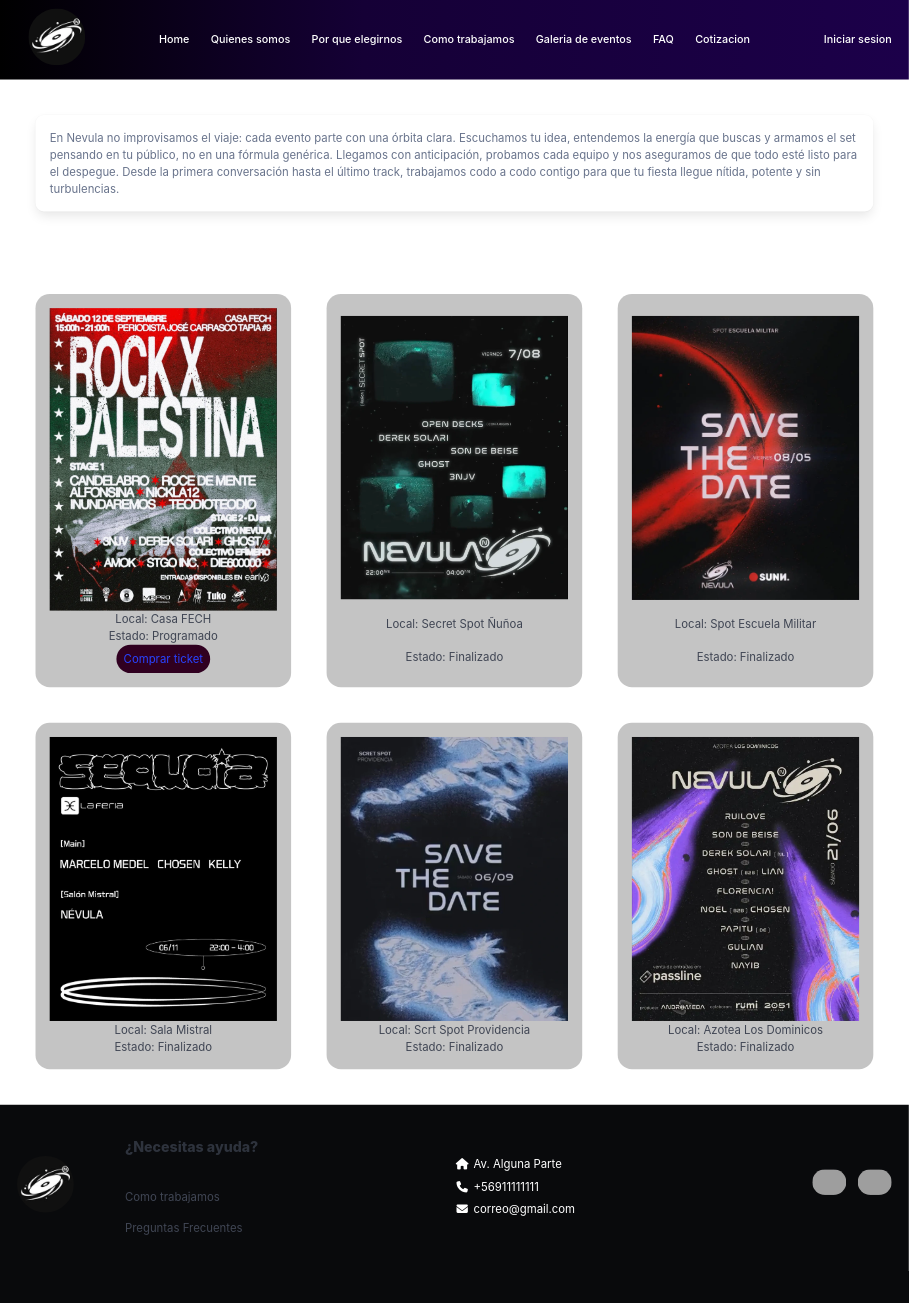
Repository: ChrisMalhue/PaginaNebula
Page: pages/eventos.html
An editor plug-in stored every save of this project. The page is shown before and after the next save, followed by the edit.
The browser window is 1280 px wide. The pictures show the whole page, at 71% of full size.
Pictures or frames that could not be fetched are drawn as grey boxes.

Above is the page before, as saved 2026-09-09 22:01:22.

### pages/eventos.html
<!DOCTYPE html>
<html lang="es">
<head>
    <meta charset="UTF-8">
    <meta name="viewport" content="width=device-width, initial-scale=1.0">
    <title>Eventos</title>
    <link rel="stylesheet" href="../styles/style.css">
    <link rel="stylesheet" href="https://cdn.jsdelivr.net/npm/bulma@1.0.4/css/bulma.min.css">
    <link rel="stylesheet" href="https://cdnjs.cloudflare.com/ajax/libs/font-awesome/6.5.1/css/all.min.css">
</head>
<body>
    <header id ="header"></header>

    <section id="trabajamos">

        <div class="trabajamos-item box mb-4">
                <p class="trabajamos-respuesta has-text-grey">
                    En Nevula no improvisamos el viaje: cada evento parte con una órbita clara. Escuchamos tu idea, entendemos la energía que buscas y armamos el set pensando en tu público, no en una fórmula genérica. Llegamos con anticipación, probamos cada equipo y nos aseguramos de que todo esté listo para el despegue. Desde la primera conversación hasta el último track, trabajamos codo a codo contigo para que tu fiesta llegue nítida, potente y sin turbulencias.
                </p>
        </div>
    </section>

    <section id="fotos">
        <div>
            <img src="/images/evento6.webp" alt="Evento 6">
            <p>Local: Casa FECH</p>
            <p>Estado: Programado</p>
            <a href="https://pro.byearly.com/"><button>Comprar ticket</button></a>
        </div>

        <div>
            <img src="/images/evento5.webp" alt="Evento 5">
            <p>Local: Secret Spot Ñuñoa</p>
            <p>Estado: Finalizado</p>
        </div>

        <div>
            <img src="/images/evento4.webp" alt="Evento 4">
            <p>Local: Spot Escuela Militar</p>
            <p>Estado: Finalizado</p>
        </div>

        <div>
            <img src="/images/evento3.webp" alt="Evento 3">
            <p>Local: Sala Mistral</p>
            <p>Estado: Finalizado</p>
        </div>

        <div>
            <img src="/images/evento2.webp" alt="Evento 2">
            <p>Local: Scrt Spot Providencia</p>
            <p>Estado: Finalizado</p>
        </div>

        <div>
            <img src="/images/evento1.webp" alt="Evento 1">
            <p>Local: Azotea Los Dominicos</p>
            <p>Estado: Finalizado</p>
        </div>
    </section>

        <section class="agregar box mt-4" id="agregar-evento">
        <div class="contenedor-agregar">

            <div class="campos-inputs">
                <div class="field">
                    <label class="label">Local del evento</label>
                    <div class="control">
                        <input class="input" type="text" id="local_evento" placeholder="Escribe aquí">
                    </div>
                </div>

                <div class="field">
                    <label class="label">Estado</label>
                    <div class="control">
                        <div class="select">
                            <select id="estado_evento">
                                <option value="Programado">Programado</option>
                                <option value="Finalizado">Finalizado</option>
                            </select>
                        </div>
                    </div>
                </div>

                <div class="field">
                    <label class="label">Imagen del evento</label>
                    <div class="control">
                        <input class="input" type="text" id="imagen_evento" placeholder="Pega el link aquí">
                    </div>
                </div>

                <div class="field">
                    <label class="label">Link para comprar entradas</label>
                    <div class="control">
                        <input class="input" type="text" id="link_evento" placeholder="Solo si está Programado">
                    </div>
                </div>
            </div>

            <div class="boton-contenedor">
                <button type="button" class="button is-primary" onclick="agregarEvento()">Agregar Evento</button>
            </div>

        </div>
    </section>
    <footer id="footer-container"></footer>
</body>
<script src="../scripts/script.js"></script>
</html>

### styles/style.css
@import "https://cdn.jsdelivr.net/npm/bulma@1.0.4/css/bulma.min.css";

.custom-navbar {
  /* Lienas encargadas del degradado */
  background: linear-gradient(to right, #000000 0%, #150036 40%, #1c004a 100%) !important;
  width: 100%;
  padding-right: 1.5rem;;
}

header{
  position: sticky;
  top: 0;
  z-index: 100; /* Esto es para que el header siempre quede al frente y no se bugee la pag al scrollear hacia abajo */
}

/* Forzar que las columnas de nebula ocupen todo el ancho */
.custom-navbar .container.columns {
  display: flex !important;
  width: 100%;
  max-width: 100% !important;   /* Esta linea salvo la pagina, estaba mal el header y con esto se centro bien*/
}

/* Seccion del logo a continuacion */

.logo-seccion {
  flex-shrink: 0; /* El shrink hace que el logo no se achique */
  margin-left: 40px;
}

.logo-texto {
  color: #ffffff !important;
  font-size: 1.3rem;
  font-weight: bold;
  display: flex;
  align-items: center;
  gap: 10px;
}

.andlogo{
  width: 80px;
  border-radius: 500px;
}

.menu-seccion {
  display: flex !important;
  justify-content: center !important;
  align-items: center !important;
  flex-grow: 1; /* Esto hace que ocupe todo el espacio entre los links */
  gap: 30px;    /* esto es para el espacio horizontal */
}

.nav-link {
  color: #ffffff !important;
  text-decoration: none;
  font-size: 0.95rem;
  font-weight: 500;
  padding: 5px 0;
  transition: color 0.3s ease;
  white-space: nowrap; /* esto evita que lo largo se separe en 2 lineas */
}

/* Body comienza aqui abajo*/

/* Contenedor, video y texto*/

/* Contenedor: centrado vertical en vez de flex-start, se ve más equilibrado */
.contenedor{
  display: flex;
  align-items: center;
  min-height: 800px;
  gap: 40px;
  padding-top: 60px;
  padding-bottom: 60px;
  background: linear-gradient(to bottom, #000000 0%, #1c004a 35%, #1b0036 70%, #690046 100%) !important;
}

/* Vídeo */
.video-box{
  background-size: cover;
  background-position: center;
  width: 50%;
  height: 700px;
  margin-left: 40px;
  border-radius: 90px;
}

/* Texto alineado a la izquierda, con ancho máximo para que no se disperse */
.texto-box{
  display: flex;
  align-items: flex-start;
  flex-direction: column;
  gap: 24px;
  max-width: 550px;
  padding-right: 40px;
}

/* Título Nevula */
.texto-box h1{
  color: #ffffff;
  font-weight: 700;
  font-size: clamp(2.5rem, 5vw, 4rem);
  letter-spacing: 4px;
  text-transform: uppercase;
  margin: 0;
}

/* Primer párrafo */
.texto-box p {
  color: rgba(255, 255, 255, 0.75);
  font-size: 1.05rem;
  line-height: 1.7;
  margin: 0;
}

/* Segundo párrafo */
.texto-box p:last-of-type {
  color: #ffffff;
  font-weight: 600;
  font-size: 1.15rem;
}

/* Elegirnos */
#elegirnos h2{
  text-align: center;
  margin-top: 20px;
  color: #020202;
  font-weight: 700;
  font-size: clamp(2.5rem, 5vw, 4rem);
  letter-spacing: 4px;
  text-transform: uppercase;
}

#elegirnos-grid{
  display: grid;
  flex-wrap: wrap;
  grid-template-columns: 1fr 1fr 1fr;
  column-gap: 50px;
  row-gap: 50px;
  margin: 50px;
}

#elegirnos-grid img{
  width: 130px;
}

#elegirnos-grid div{
  display: flex;
  flex-direction: column;
  justify-content: space-around;
  align-items: center;
  background-color: #3636364b;
  border-radius: 20px;
  padding: 20px;
}

/* Historial de Eventos */
#fotos{
  display: grid;
  flex-wrap: wrap;
  grid-template-columns: 1fr 1fr 1fr;
  column-gap: 50px;
  row-gap: 50px;
  margin: 50px;
}

#fotos div{
  display: flex;
  flex-direction: column;
  justify-content: space-around;
  align-items: center;
  background-color: #3636364b;
  border-radius: 20px;
  padding: 20px;
}

#fotos div:hover{
  color: white;
  background-color: #240049ab;
  transition: 0.3s;
}

#fotos div button{
  background-color: #300020;
  padding: 10px;
  border-radius: 20px;
}

#fotos div button:hover{
  background-color: #5c003d;
  transition: 0.3s;
}

.trabajamos-item{
  width: 1500px;
}

#trabajamos{
  display: flex;
  align-items: center;
  justify-content: center;
  padding: 50px;
}

/* CSS de footer */
.footer{
  padding: 40px 20px;
}

.andlogo{
  max-width: 120px;
  height: auto;
}

.gap-2{
  gap: 8px;
}

.gap-3{
  gap: 16px;
}

/* Media queries */
@media screen and (max-width: 768px) {
.footer .columns {
  flex-direction: column;
  align-items: center;
  text-align: center;
}



.footer .column {
  margin-left: 0 !important;
  margin-bottom: 1.5rem;
  width: 100%;
}



.footer .is-flex {
  justify-content: center !important;
}

}

### scripts/script.js
// Header

function inyectarHeader(){

    document.getElementById("header").innerHTML = `
    <nav class="custom-navbar py-3">
        <div class="container columns is-vcentered is-mobile m-0">

            <!-- Sección 1: Logotipo (Izquierda) -->
            <section class="column is-narrow p-0 logo-seccion">
                <h1 class="logo-texto">
                  <a href="/index.html">
                    <img class="andlogo" src="/images/logo.webp">
                  </a>
                </h1>
            </section>

            <!-- Sección 2: Enlaces (Centro) -->
            <section class="column is-flex is-justify-content-center p-0 menu-seccion">
                <a class="nav-link is-active" href="../index.html">Home</a>
                <a class="nav-link" href="../index.html#quienes">Quienes somos</a>
                <a class="nav-link" href="../index.html#elegirnos">Por que elegirnos</a>
                <a class="nav-link" href="../pages/eventos.html#trabajamos">Como trabajamos</a>
                <a class="nav-link" href="../pages/eventos.html#fotos">Galeria de eventos</a>
                <a class="nav-link" href="../pages/faqcotiza.html#faq">FAQ</a>
                <a class="nav-link" href="../pages/faqcotiza.html#cotizacion">Cotizacion</a>
            </section>

            <section class="sin_cuenta">
              <a class="nav-link" href="../pages/inicio_secion.html">Iniciar sesion</a>
            </section>

            <section class="con_cuenta">
              <button onclick="cerrarSesion()">Cerrar sesion</button>
            </section>


        </div>
    </nav>`;

    // Aqui vemos si hay alguna sesion creada para despues mosrtar el boton que toque
    const estaLogueado = localStorage.getItem("logueado") === "true";
    const sinCuenta = document.querySelector(".sin_cuenta");
    const conCuenta = document.querySelector(".con_cuenta");

    if (estaLogueado) {
        sinCuenta.style.display = "none";
        conCuenta.style.display = "flex";
    } else {
        sinCuenta.style.display = "flex";
        conCuenta.style.display = "none";
    }

}

// Funciones medias

function recibirDatos(event) {
    event.preventDefault(); // Evita que la página se recargue y se pierda la información

    // Muestra el cuadro nativo con tu mensaje personalizado
    alert("Recibimos tu solicitud, te contactaremos en breve.");

    // Deja todos los campos del formulario completamente vacíos
    event.target.reset();
}

function recibirDatosLogin(event) {
    event.preventDefault();

    const usuarioValido = "admin";
    const contrasenaValida = "1234";

    const form = event.target;
    const usuarioIngresado = document.getElementById("usuario").value;
    const contrasenaIngresada = document.getElementById("contrasena").value;

    if (usuarioIngresado === usuarioValido && contrasenaIngresada === contrasenaValida) {
        localStorage.setItem("logueado", "true");
        window.location.href = "../index.html";
    } else {
        alert("Usuario o contraseña incorrecto");
    }
}

function cerrarSesion() {
    localStorage.removeItem("logueado");
    window.location.href = "../index.html";
}

// Footer

function inyectaFooter(){

  const footerHTML = `
    <footer class="footer has-background-black has-text-white">
    <div class="columns is-vcentered is-justify-content-space-between">
      <div class="column is-narrow">
        <a href="/index.html">
          <img class="andlogo" src="/images/logo.webp">
        </a>
      </div>
      <div class="column is-narrow ml-6">
        <p class="title is-5">¿Necesitas ayuda?</p>
        <br>
        <p class="subtitle is-6"><a class="has-text-current" href="/pages/eventos.html">Como trabajamos</a></p>
        <p class="subtitle is-6"><a class="has-text-current" href="/pages/faqcotiza.html">Preguntas Frecuentes</a></p>
      </div>

      <div class="column is-flex is-justify-content-flex-end">
        <div class="is-flex is-flex-direction-column gap-2">
          <span class="icon-text">
            <span class="icon"><i class="fa-solid fa-house"></i></span>
            <span>Av. Alguna Parte</span>
          </span>
          <span class="icon-text">
            <span class="icon"><i class="fa-solid fa-phone"></i></span>
            <span>+56911111111</span>
          </span>
          <span class="icon-text">
            <span class="icon"><i class="fa-solid fa-envelope"></i></span>
            <span>correo@gmail.com</span>
          </span>
        </div>
      </div>
      <div class="column is-flex is-justify-content-flex-end">
        <div class="is-flex is-flex-direction-row is-align-items-center gap-3">
          <a href="https://www.instagram.com/nevula.scl/" target="_blank">
            <figure class="image is-48x48">
              <img class="is-rounded" src="https://encrypted-tbn0.gstatic.com/images?q=tbn:ANd9GcR8HUwsS-_LkMQoYL66F7AUH5X4HwhDjzCNMg-_jlvPxQ&s=10" />
            </figure>
          </a>
          <a href="https://www.youtube.com/channel/UCa-jOKgfq2FLccvHXteRdpQ" target="_blank">
            <figure class="image is-48x48">
              <img class="is-rounded" src="https://www.icosix.com/uploads/icons/2025/09/youtube.png" />
            </figure>
          </a>
        </div>
      </div>
    </div>
  </footer>`;

  const container = document.getElementById('footer-container');
  if (container) {
    container.innerHTML = footerHTML;
  }
}

// Funcion de eventos

function agregarEvento() {

    const local = document.getElementById("local_evento").value;
    const estado = document.getElementById("estado_evento").value;
    const imagen = document.getElementById("imagen_evento").value;
    const link = document.getElementById("link_evento").value;

    // Validacion de campos vacios
    if (!local || !imagen) {
        alert("Por favor completa el local y la imagen del evento.");
        return;
    }

    if (estado === "Programado" && !link) {
        alert("Los eventos Programados necesitan un link para comprar entradas.");
        return;
    }

    const contenedorFotos = document.getElementById("fotos");

    // Parecido al trabajo de cartas, se crea el contenedor
    const nuevoEvento = document.createElement("div");

    // el boton de comrpa se muestra solo si el estado agregado es programado
    const botonHTML = estado === "Programado"
        ? `<a href="${link}" target="_blank"><button>Comprar ticket</button></a>`
        : "";

    nuevoEvento.innerHTML = `
        <img src="${imagen}" alt="${local}">
        <p>Local: ${local}</p>
        <p>Estado: ${estado}</p>
        ${botonHTML}
    `;

    contenedorFotos.prepend(nuevoEvento);

    // Limpiamos el formulario
    document.getElementById("local_evento").value = "";
    document.getElementById("imagen_evento").value = "";
    document.getElementById("link_evento").value = "";
}

function controlarVistaAdmin() {
    const estaLogueado = localStorage.getItem("logueado") === "true";
    const seccionAgregar = document.getElementById("agregar-evento");

    if (seccionAgregar) {
        seccionAgregar.style.display = estaLogueado ? "block" : "none";
    }
}

inyectaFooter();
inyectarHeader();
controlarVistaAdmin();

After the next save:
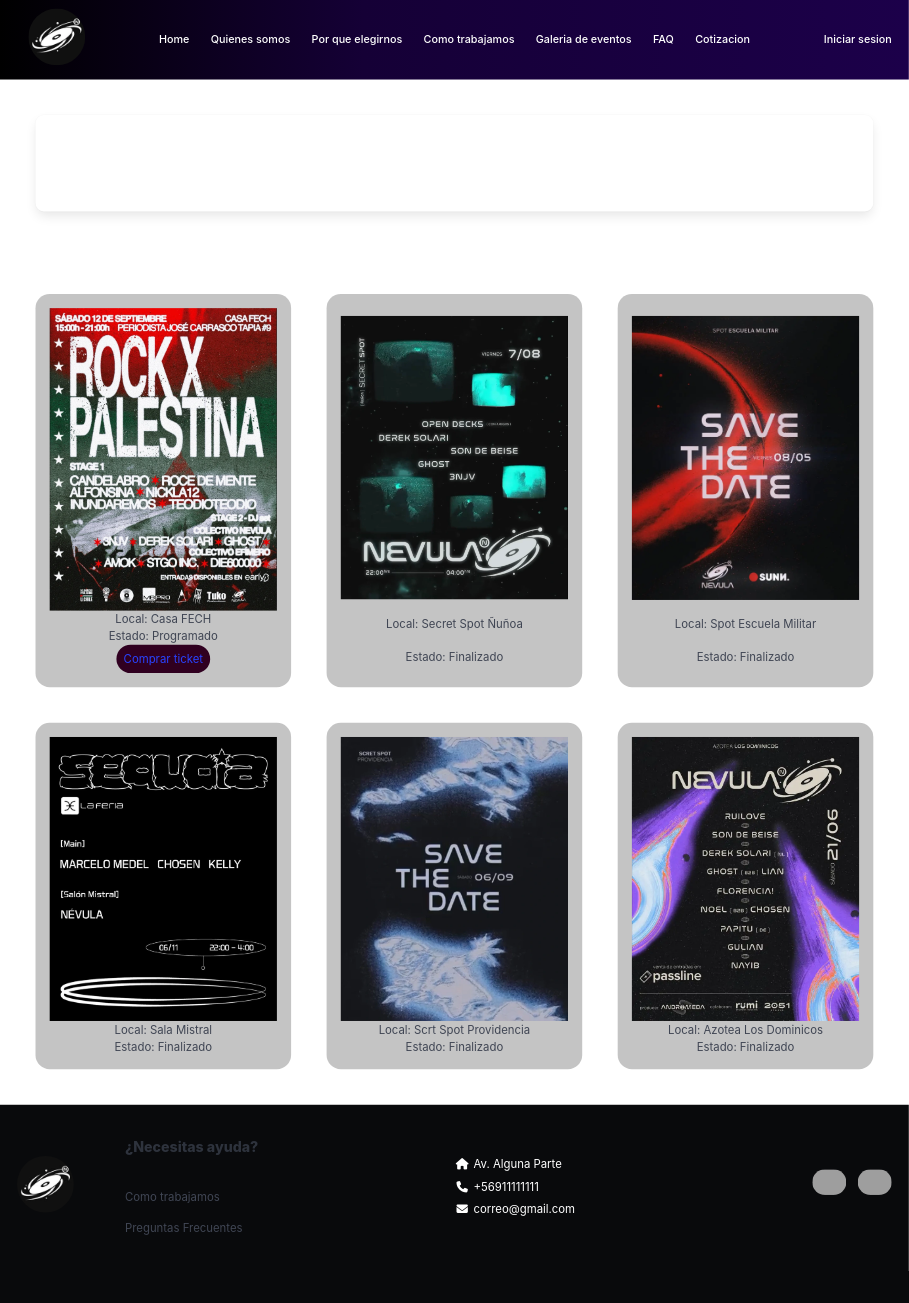
Saved 10 s later.
--- a/pages/eventos.html
+++ b/pages/eventos.html
@@ -14,7 +14,7 @@
     <section id="trabajamos">
 
         <div class="trabajamos-item box mb-4">
-                <p class="trabajamos-respuesta has-text-grey">
+                <p class="trabajamos-respuesta has-text-white">
                     En Nevula no improvisamos el viaje: cada evento parte con una órbita clara. Escuchamos tu idea, entendemos la energía que buscas y armamos el set pensando en tu público, no en una fórmula genérica. Llegamos con anticipación, probamos cada equipo y nos aseguramos de que todo esté listo para el despegue. Desde la primera conversación hasta el último track, trabajamos codo a codo contigo para que tu fiesta llegue nítida, potente y sin turbulencias.
                 </p>
         </div>
